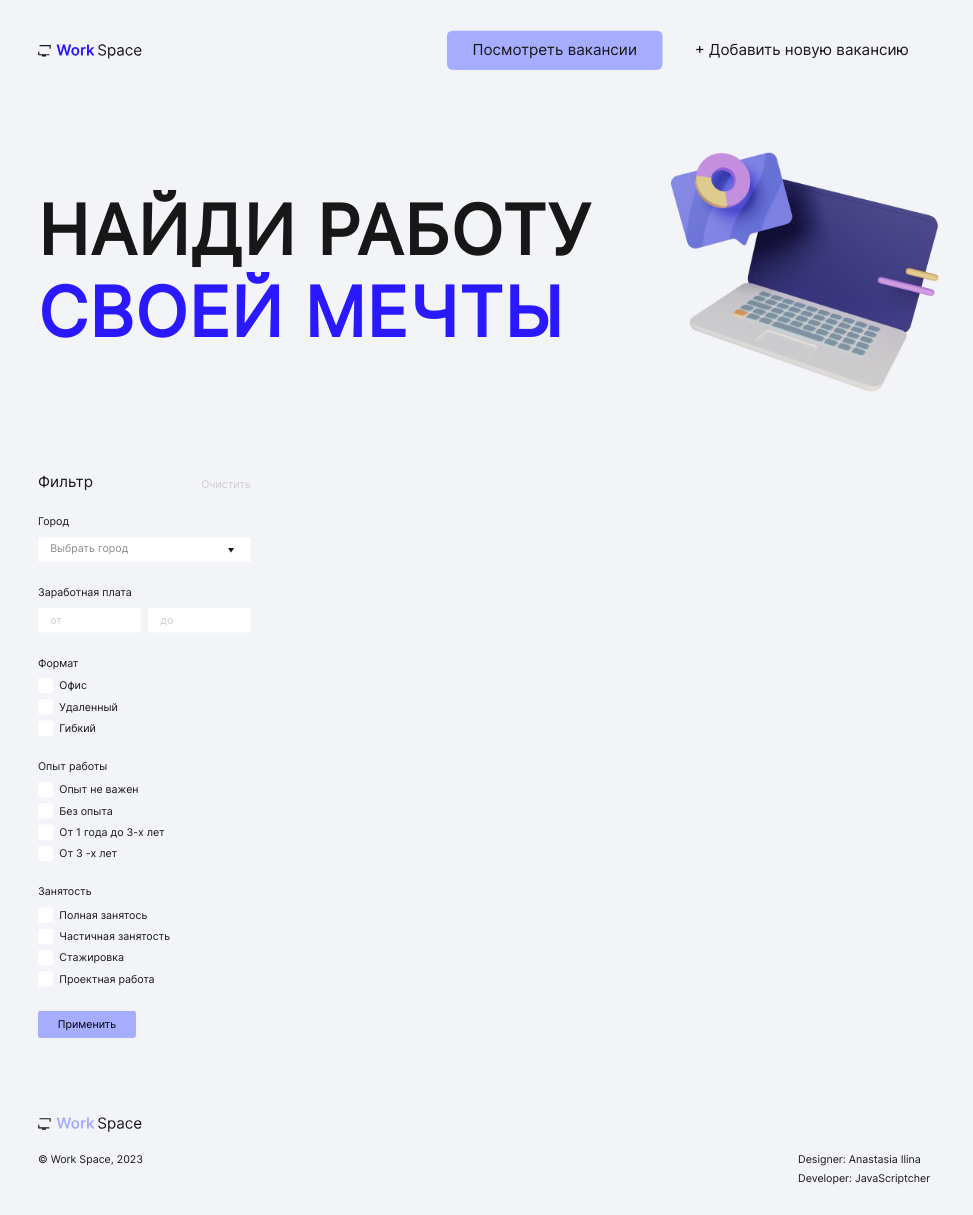
Repository: alexboagreek/workspace_js
Page: index.html
An editor plug-in stored every save of this project. The page is shown before and after a run of saves, followed by the edit.
The browser window is 1280 px wide. The pictures show the whole page, at 76% of full size.
The page's requests for data from a server got no answer.

Above is the page before, as saved 2023-09-13 07:46:26.

After the next 2 saves:
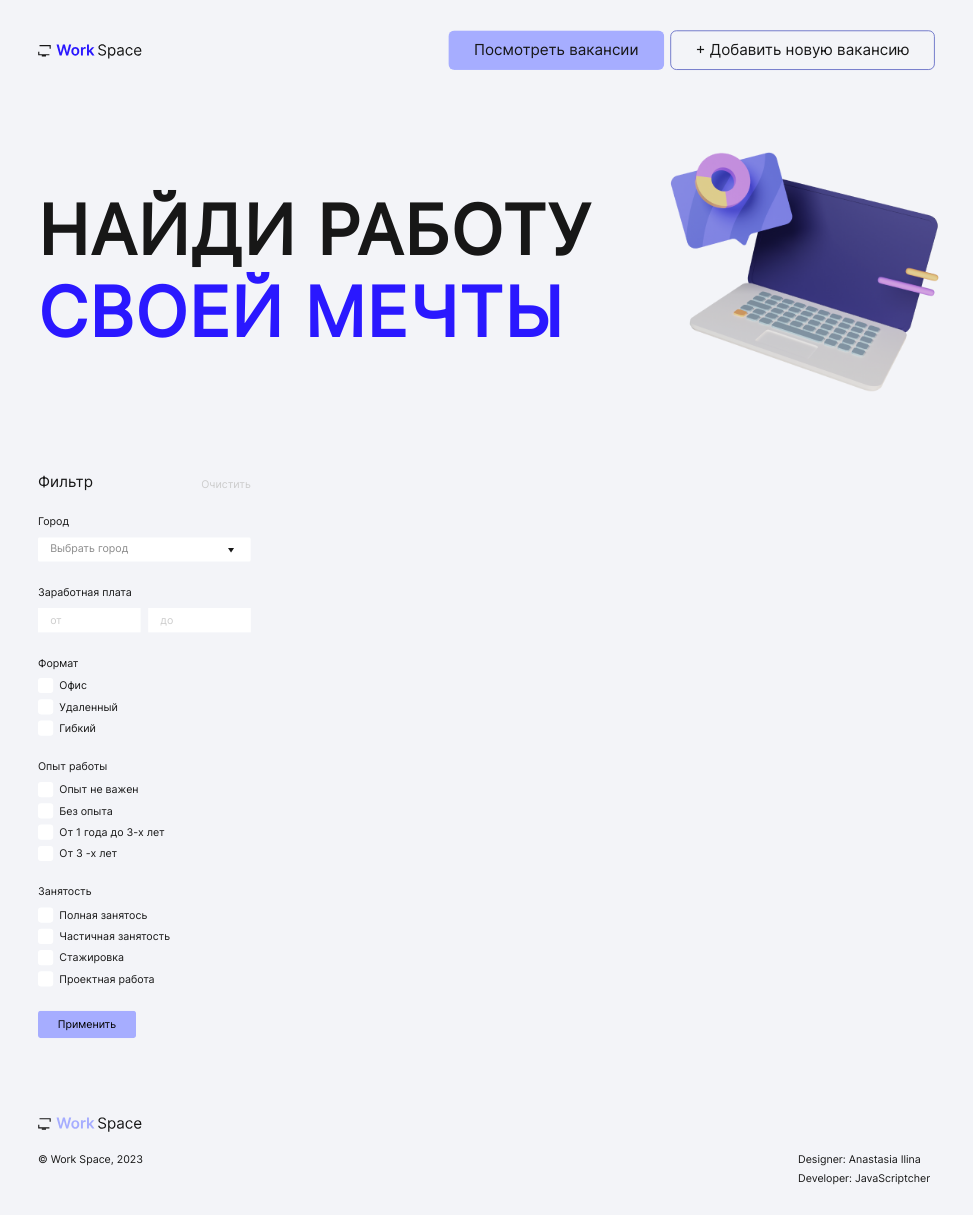
The 2 saves are shown as one change because they came seconds apart.
The last was saved 7 s later.
--- a/style/header.css
+++ b/style/header.css
@@ -27,7 +27,7 @@
 
 .header__link_o {
   background-color: transparent;
-  border: 1px solid #4F;
+  border: 1px solid #4F58be;
 }
 
 .header__link:focus-visible {
